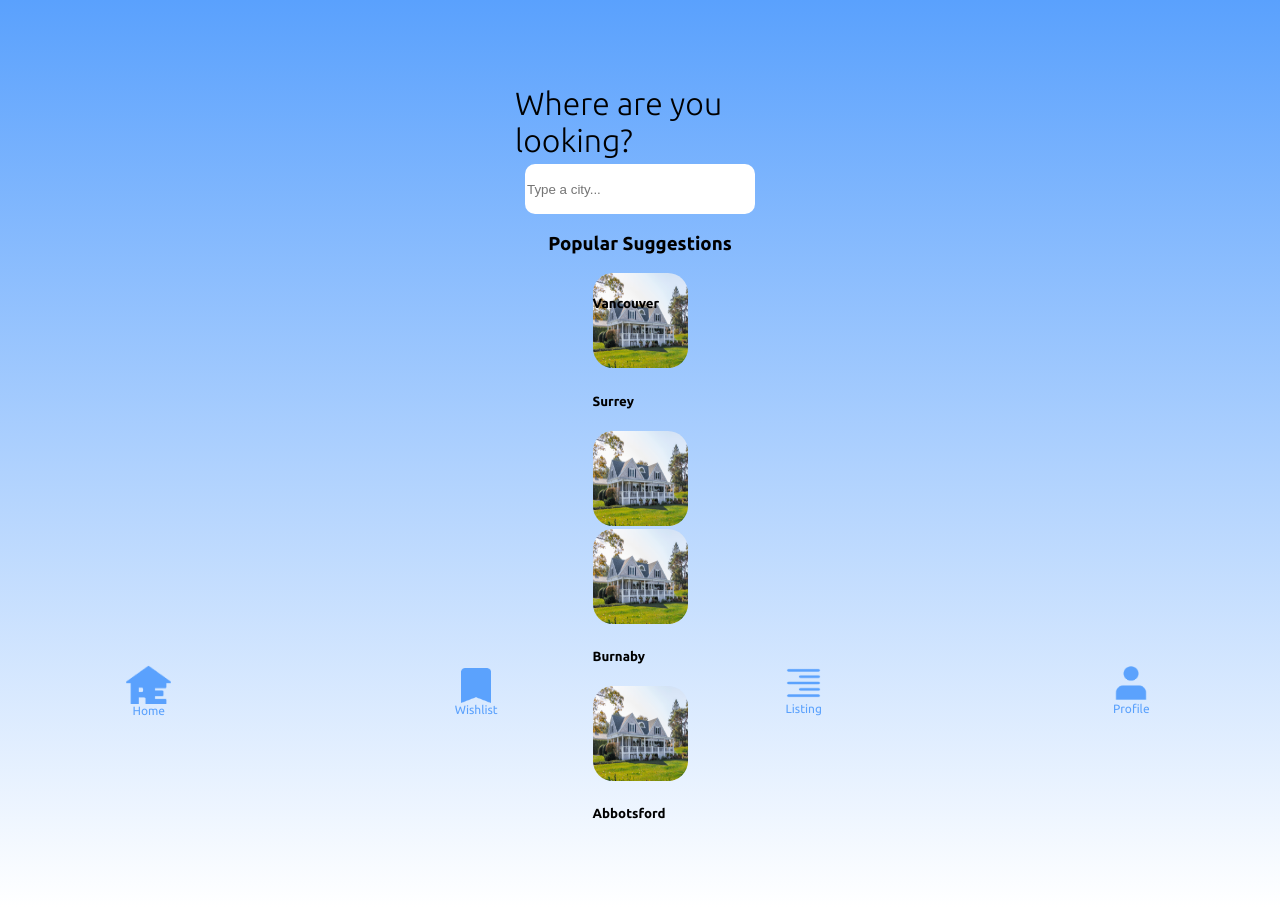
Repository: msyukurrr/realeasy
Page: /listing
These files come from the project's save history. The page is drawn as it stood at one moment and after the next save; the edit follows.
The browser window is 1280 px wide. The pictures show the whole page.
The project was rebuilt for these pictures with package versions that can differ from the ones it lists, and the page was loaded fresh each time. The framework's server and built-in components were replaced by stand-ins that run in the browser. Also part of the build but not shown: next.config.js, components/Button.js.

Above is the page before, as saved 2023-01-27 20:29:02.

### pages/listing.js
import Heading from "../components/Heading";
import NavBar from "../components/NavBar";
import styles from "../styles/Home.module.css"
import MainButton from "../components/Button.js";
import styled from "styled-components";



export default function Listing({

}){
    return(
        <><div className={styles.listing}>

        <Heading headingtxt="Where are you looking?"/>

        <input placeholder="Type a city..." style={{width:230, height:50, borderRadius:10, backgroundColor:"white", border:'transparent'}}></input>

        <h3>Popular Suggestions</h3>

        <div>
            <h5 style={{display:'flex', position:'absolute'}}>Vancouver</h5>
            <img src="house.png" style={{width:95, height:95, borderRadius:20}}/>

        </div>

        <div>
             <h5>Surrey</h5>
            <img src="house.png" style={{width:95, height:95, borderRadius:20}}/>

        </div>

        <div>
            <img src="house.png" style={{width:95, height:95, borderRadius:20}}/>
            <h5>Burnaby</h5>
        </div>

        <div>
            <img src="house.png" style={{width:95, height:95, borderRadius:20}}/>
            <h5>Abbotsford</h5>
        </div>








        </div>
        <NavBar></NavBar>

        </>
    )
}

### styles/globals.css
@import url('https://fonts.googleapis.com/css2?family=Ubuntu:ital,wght@0,300;0,400;0,500;0,700;1,300;1,400;1,500;1,700&display=swap');

html,
body {
  padding: 0;
  margin: 0;
  font-family: "Ubuntu", sans-serif;
  background-color: #E6EEF8;
}

a {
  color: inherit;
  text-decoration: none;
}

* {
  box-sizing: border-box;
}

@media (prefers-color-scheme: dark) {
  html {
    color-scheme: dark;
  }
  body {
    color: white;
    background: E6EEF8;
  }
}

### components/Heading.js
import styled from "styled-components";

const Container = styled.div`
display: flex;
margin-left: 50px;
width: 300px;
height: 100px;

`

const Word = styled.h1`

color: ${props=>props.color};
font-weight: ${props=>props.fontweight};
`

export default function Heading({
    h1="Recommended by people around you",
    fw="300",
    color="#5AA1FD",
    headingtxt="Recommended by people around you"
}){
    return<>
    <Container>
    <Word fontweight={fw}
    >{headingtxt}</Word>
    </Container>
    </>
}

### components/NavBar.js
import styled from "styled-components";
import Link from "next/link";

const NavBarCont = styled.div`
position: fixed;
bottom: 0;
width: 100%;
`
const NavCont = styled.nav`
display: flex;
justify-content: space-around;
width: 100%;
background-color: transparent;
height: 60px;
`
const HomeCont = styled.div`
width: 50px;
height: 50px;
display:flex;
flex-direction: column;
justify-content: center;
align-items: center;
margin-top: ${props=>props.margintop};
`
const WishlistCont = styled.div`
width: 50px;
height: 50px;
display:flex;
flex-direction: column;
justify-content: center;
align-items: center;
margin-left: 30px;
margin-top: ${props=>props.margintop};
margin-bottom: ${props=>props.marginbottom};
`
const ListingCont = styled.div`
width: 50px;

display:flex;
flex-direction: column;
justify-content: center;
align-items: center;
margin-left: 30px;
margin-top: ${props=>props.margintop};
`
const ProfileCont = styled.div`
display:flex;
margin-left: 30px;
margin-top: ${props=>props.margintop};
`

const Icon = styled.img`
display: flex;
justify-content: center;
height: ${props=>props.height};
width: ${props=>props.width};
display: flex;
`

const NavList = styled.span`
display: flex;
align-self: center;
color: #5AA1FD;
font-size: 12px;
`


export default function NavBar({
    mt="5px",
    mb=""
}){
    return <NavBarCont>
    <NavCont>
        <Link href="/">
            <HomeCont margintop="6px">
                <Icon src='./logo.png' height="45px" width="45px"/>
                <NavList>Home</NavList>
            </HomeCont>
        </Link>
        <Link href="/wishlist">
            <WishlistCont margintop="7px">
                <Icon src='./wishlist.png' height="35px" width="30px"></Icon>
                <NavList>Wishlist</NavList>
            </WishlistCont>
        </Link>
        <Link href="/listing">
            <ListingCont margintop="4px">
                <Icon src='./listing.png' height="38px" width="45px"></Icon>
                <NavList>Listing</NavList>
            </ListingCont>
        </Link>
        <Link href="/profile">
            <ListingCont margintop="4px">
                <Icon src='./user.png' height="38px" width="40px"></Icon>
                <NavList>Profile</NavList>
            </ListingCont>
        </Link>
    </NavCont>
    </NavBarCont>
}

### styles/Home.module.css
.container {
  padding: 0 2rem;
}

.main {
  min-height: 100vh;
  padding: 4rem 0;
  flex: 1;
  display: flex;
  flex-direction: column;
  justify-content: center;
  align-items: center;
}


.listing {
  min-height: 100vh;
  padding: 4rem 0;
  flex: 1;
  display: flex;
  flex-direction: column;
  justify-content: center;
  align-items: center;
  background-image: linear-gradient(#5AA1FD, white);
}

.footer {
  display: flex;
  flex: 1;
  padding: 2rem 0;
  border-top: 1px solid #eaeaea;
  justify-content: center;
  align-items: center;
}

.footer a {
  display: flex;
  justify-content: center;
  align-items: center;
  flex-grow: 1;
}

.title a {
  color: #0070f3;
  text-decoration: none;
}

.title a:hover,
.title a:focus,
.title a:active {
  text-decoration: underline;
}

.title {
  margin: 0;
  line-height: 1.15;
  font-size: 4rem;
}

.title,
.description {
  text-align: center;
}

.description {
  margin: 4rem 0;
  line-height: 1.5;
  font-size: 1.5rem;
}

.code {
  background: #fafafa;
  border-radius: 5px;
  padding: 0.75rem;
  font-size: 1.1rem;
  font-family: Menlo, Monaco, Lucida Console, Liberation Mono, DejaVu Sans Mono,
    Bitstream Vera Sans Mono, Courier New, monospace;
}

.grid {
  display: flex;
  align-items: center;
  justify-content: center;
  flex-wrap: wrap;
  max-width: 800px;
}

.card {
  margin: 1rem;
  padding: 1.5rem;
  text-align: left;
  color: inherit;
  text-decoration: none;
  border: 1px solid #eaeaea;
  border-radius: 10px;
  transition: color 0.15s ease, border-color 0.15s ease;
  max-width: 300px;
}

.card:hover,
.card:focus,
.card:active {
  color: #0070f3;
  border-color: #0070f3;
}

.card h2 {
  margin: 0 0 1rem 0;
  font-size: 1.5rem;
}

.card p {
  margin: 0;
  font-size: 1.25rem;
  line-height: 1.5;
}

.logo {
  height: 1em;
  margin-left: 0.5rem;
}

@media (max-width: 600px) {
  .grid {
    width: 100%;
    flex-direction: column;
  }
}

@media (prefers-color-scheme: dark) {
  .card,
  .footer {
    border-color: #222;
  }
  .code {
    background: #111;
  }
  .logo img {
    filter: invert(1);
  }
}

Loaded but not shown: pages/_app.js (common file)

After the next save:
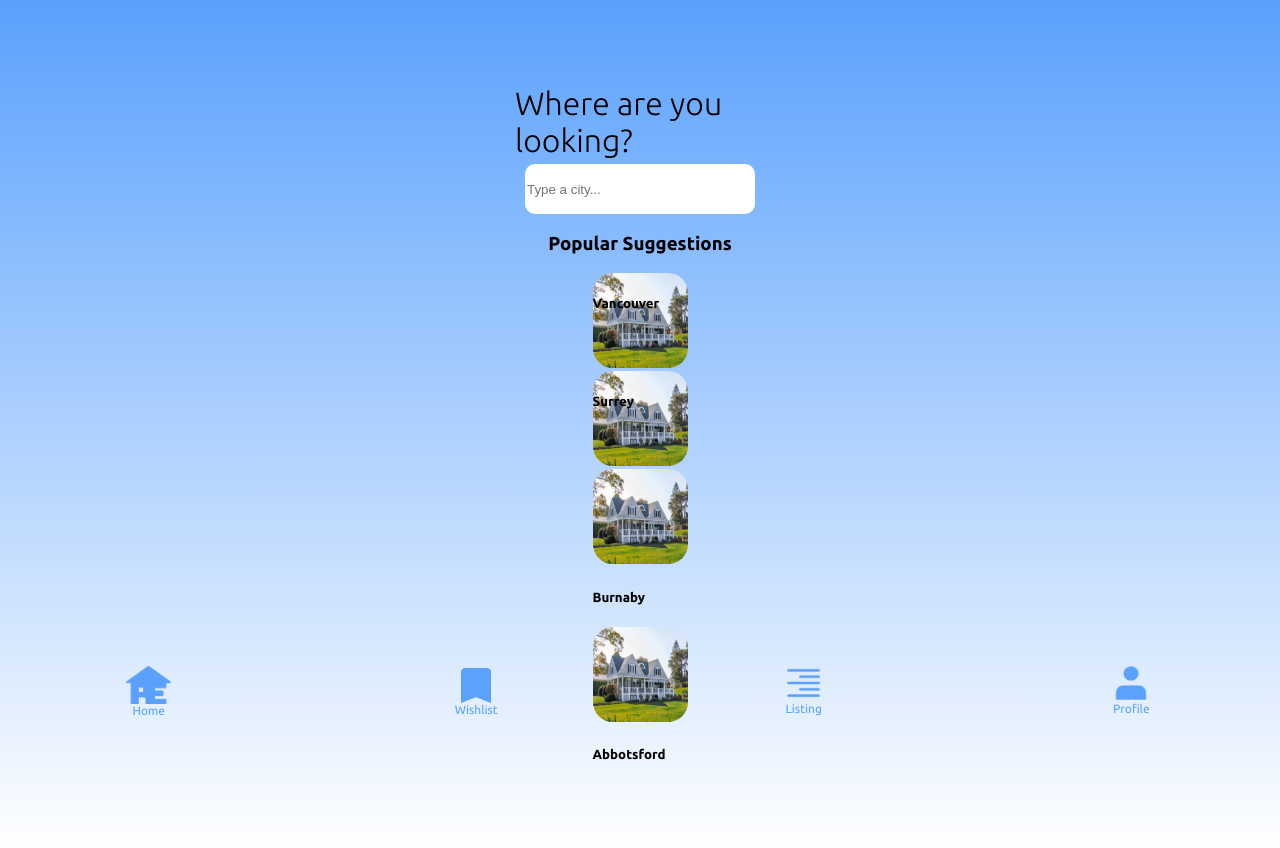
Saved 11 s later.
--- a/pages/listing.js
+++ b/pages/listing.js
@@ -25,7 +25,7 @@ export default function Listing({
         </div>
 
         <div>
-             <h5>Surrey</h5>
+             <h5 style={{display:'flex', position:'absolute'}}>Surrey</h5>
             <img src="house.png" style={{width:95, height:95, borderRadius:20}}/>
 
         </div>
